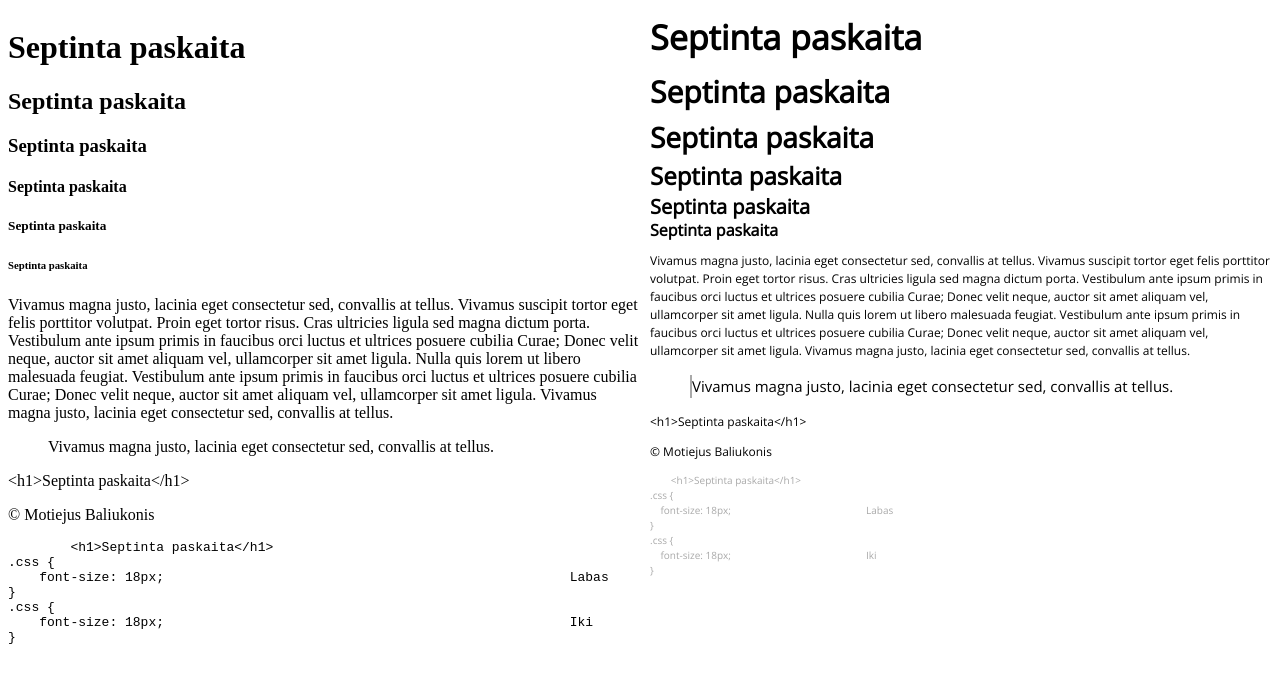
Repository: motiejus1/07-paskaita-05.31
Page: index.html
The author's editor kept a copy of each file at every save. The page is drawn from the files as they stood at one save, then again after the next save.
The browser window is 1280 px wide. The pictures show the whole page.

Above is the page before, as saved 2021-06-10 20:42:01.

### index.html
<!DOCTYPE html>
<html lang="en">
<head>
    <meta charset="UTF-8">
    <meta http-equiv="X-UA-Compatible" content="IE=edge">
    <meta name="viewport" content="width=device-width, initial-scale=1.0">
    <title>Septinta paskaita</title>

    <link rel="preconnect" href="https://fonts.gstatic.com">
    <link href="https://fonts.googleapis.com/css2?family=Open+Sans&display=swap" rel="stylesheet">

    <style>
        .container {
            width: 100%;
        }

        .left, .right {
            float:left;
            width: 50%;

        }

        .right {
            font-family: 'Open Sans', sans-serif;
        }

        .right pre {
            font-family: 'Open Sans', sans-serif;
            font-size: 10px;
            line-height: 1.5;
            color:darkgrey;
        }

        .right h1, .right h2, .right h3, .right h4, .right h5, .right h6 {
            margin: 0;
            font-weight: 700;
        }

        .right h1 {
            /* font-family: 'Open Sans', sans-serif; */
            font-size: 34px;
            line-height: 1.75;
        }

        .right h2 {
            font-size: 30px;
            line-height: 1.6;
        }

        .right h3 {
            font-size: 28px;
            line-height: 1.5;
        }

        .right h4 {
            font-size: 24px;
            line-height: 1.5;
        }

        .right h5 {
            font-size: 20px;
            line-height: 1.3;
        }

        .right h6 {
            font-size: 16px;
            line-height: 1.3;
        }

        .right p {
            font-size: 12px;
            line-height: 1.5;
            font-weight: 400;
        }

        .right blockquote {
            font-size: 15px;
            line-height: 1.5;
            font-weight: 400;
            border-left: 2px solid darkgrey;
            /* border: 2px solid darkgrey */
        }
        .right-container {
            padding-left: 10px;
        }

    </style>
</head>
<body>
    <div class="container">
        <div class="left">
            <h1>Septinta paskaita</h1>
            <h2>Septinta paskaita</h2>
            <h3>Septinta paskaita</h3>
            <h4>Septinta paskaita</h4>
            <h5>Septinta paskaita</h5>
            <h6>Septinta paskaita</h6>

            <p>Vivamus magna justo, lacinia eget consectetur sed, convallis at tellus. Vivamus suscipit tortor eget felis porttitor volutpat. Proin eget tortor risus. Cras ultricies ligula sed magna dictum porta. Vestibulum ante ipsum primis in faucibus orci luctus et ultrices posuere cubilia Curae; Donec velit neque, auctor sit amet aliquam vel, ullamcorper sit amet ligula. Nulla quis lorem ut libero malesuada feugiat. Vestibulum ante ipsum primis in faucibus orci luctus et ultrices posuere cubilia Curae; Donec velit neque, auctor sit amet aliquam vel, ullamcorper sit amet ligula. Vivamus magna justo, lacinia eget consectetur sed, convallis at tellus.</p>

            <blockquote>Vivamus magna justo, lacinia eget consectetur sed, convallis at tellus.</blockquote>

            <p> &lt;h1&gt;Septinta paskaita&lt;/h1&gt;  </p>
            <p>&copy; Motiejus Baliukonis</p>

            <pre>
        &lt;h1&gt;Septinta paskaita&lt;/h1&gt;
.css {
    font-size: 18px;                                                    Labas
}
.css {
    font-size: 18px;                                                    Iki
}
            </pre>
        </div>
        <div class="right">
            <div class="right-container">
            <h1>Septinta paskaita</h1>
            <h2>Septinta paskaita</h2>
            <h3>Septinta paskaita</h3>
            <h4>Septinta paskaita</h4>
            <h5>Septinta paskaita</h5>
            <h6>Septinta paskaita</h6>

            <p>Vivamus magna justo, lacinia eget consectetur sed, convallis at tellus. Vivamus suscipit tortor eget felis porttitor volutpat. Proin eget tortor risus. Cras ultricies ligula sed magna dictum porta. Vestibulum ante ipsum primis in faucibus orci luctus et ultrices posuere cubilia Curae; Donec velit neque, auctor sit amet aliquam vel, ullamcorper sit amet ligula. Nulla quis lorem ut libero malesuada feugiat. Vestibulum ante ipsum primis in faucibus orci luctus et ultrices posuere cubilia Curae; Donec velit neque, auctor sit amet aliquam vel, ullamcorper sit amet ligula. Vivamus magna justo, lacinia eget consectetur sed, convallis at tellus.</p>

            <blockquote>Vivamus magna justo, lacinia eget consectetur sed, convallis at tellus.</blockquote>

            <p> &lt;h1&gt;Septinta paskaita&lt;/h1&gt;  </p>
            <p>&copy; Motiejus Baliukonis</p>

            <pre>
        &lt;h1&gt;Septinta paskaita&lt;/h1&gt;
.css {
    font-size: 18px;                                                    Labas
}
.css {
    font-size: 18px;                                                    Iki
}
            </pre>
        </div>
        </div>
    </div>
</body>
</html>

After the next save:
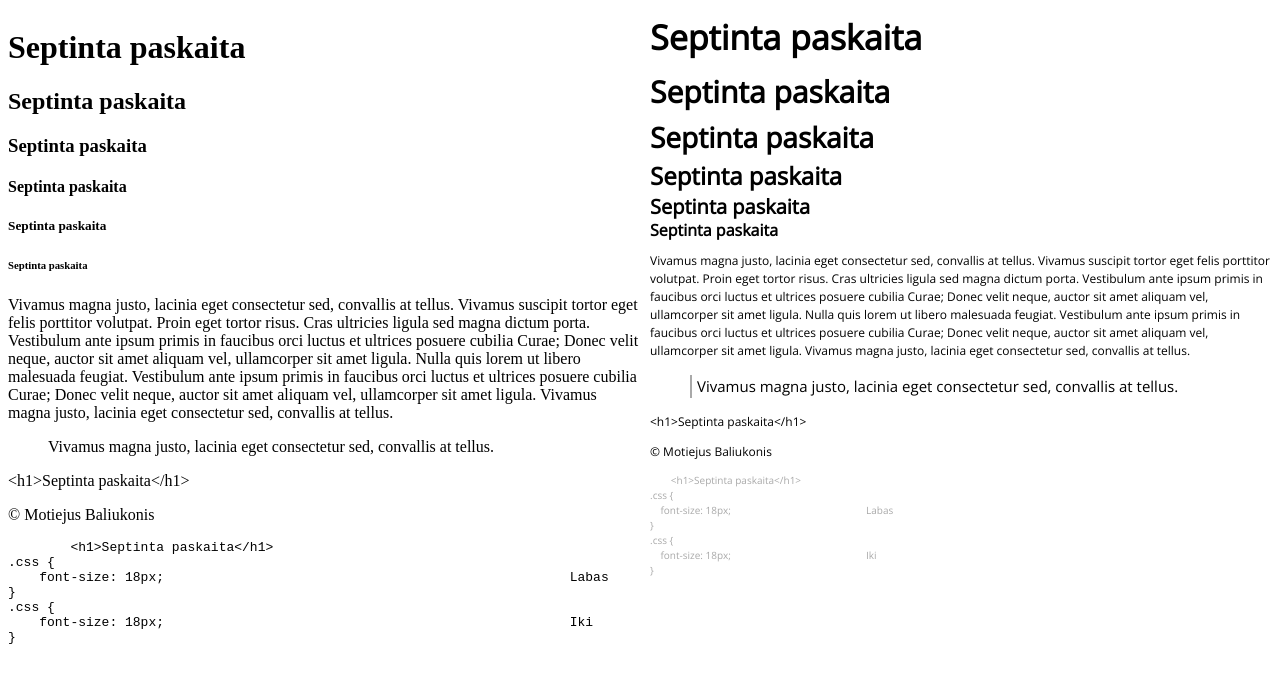
Saved 63 s later.
--- a/index.html
+++ b/index.html
@@ -78,6 +78,7 @@
             line-height: 1.5;
             font-weight: 400;
             border-left: 2px solid darkgrey;
+            padding-left: 5px;
             /* border: 2px solid darkgrey */
         }
         .right-container {
